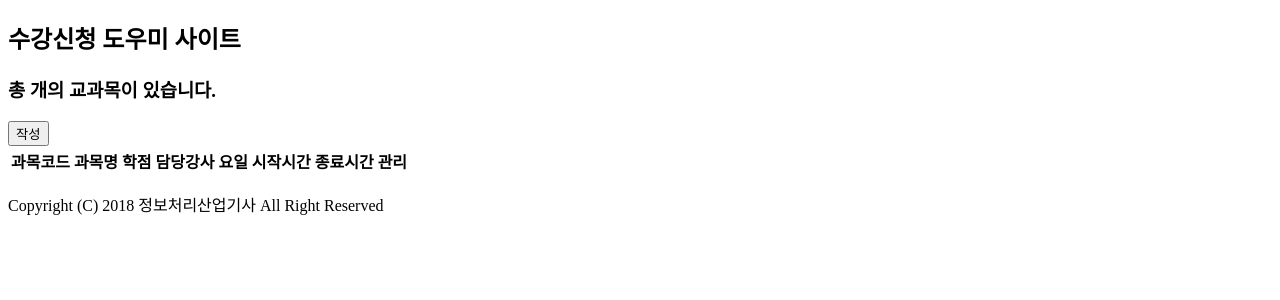
Repository: star-min/jsp_basic
Page: http://localhost/HRD_A02/
An editor plug-in stored every save of this project. The page is shown before and after the next save, followed by the edit.
The browser window is 1280 px wide. The pictures show the whole page.
The page is served by Tomcat 9. Queries for data that is not in the repository find no rows.

Above is the page before, as saved 2022-08-17 02:40:48.
Console error: SyntaxError: Function statements require a function name

### hrdkorea/HRD_A02/WebContent/index.jsp
<%@ page language="java" contentType="text/html; charset=UTF-8"
    pageEncoding="UTF-8"%>
<%@ page import="java.sql.*, javax.sql.*" %>
<%
	Connection conn = null;
	PreparedStatement pstmt = null;
	ResultSet rs = null;

	try{
		Class.forName("oracle.jdbc.OracleDriver");
		conn = DriverManager.getConnection("jdbc:oracle:thin:@//localhost:1521/xe","system","1234");
		pstmt = conn.prepareStatement("select * from course_tbl");
		rs = pstmt.executeQuery();
%>
<!DOCTYPE html PUBLIC "-//W3C//DTD HTML 4.01 Transitional//EN" "http://www.w3.org/TR/html4/loose.dtd">
<html>
<head>
<meta http-equiv="Content-Type" content="text/html; charset=UTF-8">
<title>Insert title here</title>
</head>
<body>
<header>
	<h2>수강신청 도우미 사이트</h2>
</header>
<content>
	<h3>총 개의 교과목이 있습니다.</h3>
	<table>
		<thead>
			<tr>
				<th>과목코드</th>
				<th>과목명</th>
				<th>학점</th>
				<th>담당강사</th>
				<th>요일</th>
				<th>시작시간</th>
				<th>종료시간</th>
				<th>관리</th>
			</tr>
		</thead>
		<tbody>
		<%
			while(rs.next()){
				String week = "월";
				if(rs.getString(5).equals("2")) week = "화";
				if(rs.getString(5).equals("3")) week = "수";
				if(rs.getString(5).equals("4")) week = "목";
				if(rs.getString(5).equals("5")) week = "금";
				if(rs.getString(5).equals("6")) week = "토";
		%>
			<tr>
				<td><%=rs.getString(1) %></td>
				<td><%=rs.getString(2) %></td>
				<td><%=rs.getInt(3) %></td>
				<td><%=rs.getString(4) %></td>
				<td><%=week %></td>
				<td><%=rs.getInt(6) %></td>
				<td><%=rs.getInt(7) %></td>
				<td>
				<a href="">수정</a>/
				<a href="">삭제</a>
				</td>
			</tr>
		<%
			}
		%>
		</tbody>
			<input type="button" onClick="location.href='addCourse.jsp'" value="작성">
	</table>
</content>
<footer>
	<p>Copyright (C) 2018 정보처리산업기사 All Right Reserved</p>
</footer>
<%
	} catch (Exception e) {
		e.printStackTrace();
	} finally {
		if(rs!=null){ rs.close();}
		if(pstmt!=null) {pstmt.close();}
		if(conn!=null) {conn.close();}
	}
%>
<script>
function(){

}
</script>
</body>
</html>

After the next save:
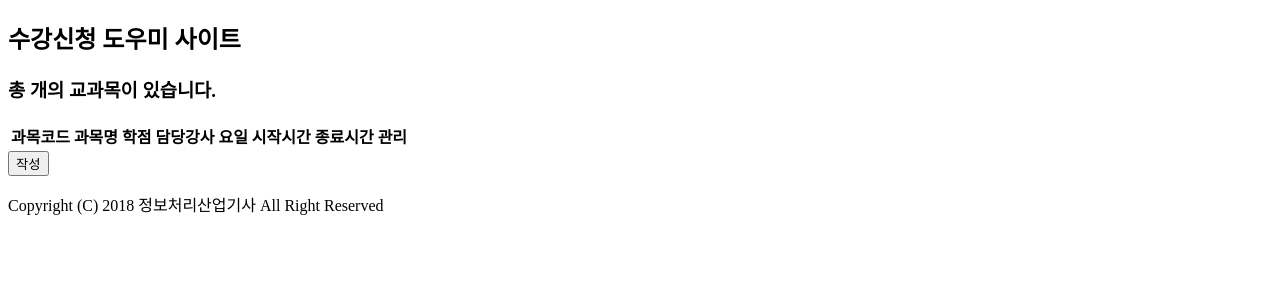
Saved 29 s later.
--- a/hrdkorea/HRD_A02/WebContent/index.jsp
+++ b/hrdkorea/HRD_A02/WebContent/index.jsp
@@ -64,8 +64,8 @@
 			}
 		%>
 		</tbody>
-			<input type="button" onClick="location.href='addCourse.jsp'" value="작성">
 	</table>
+	<input type="button" onClick="location.href='addCourse.jsp'" value="작성">
 </content>
 <footer>
 	<p>Copyright (C) 2018 정보처리산업기사 All Right Reserved</p>
